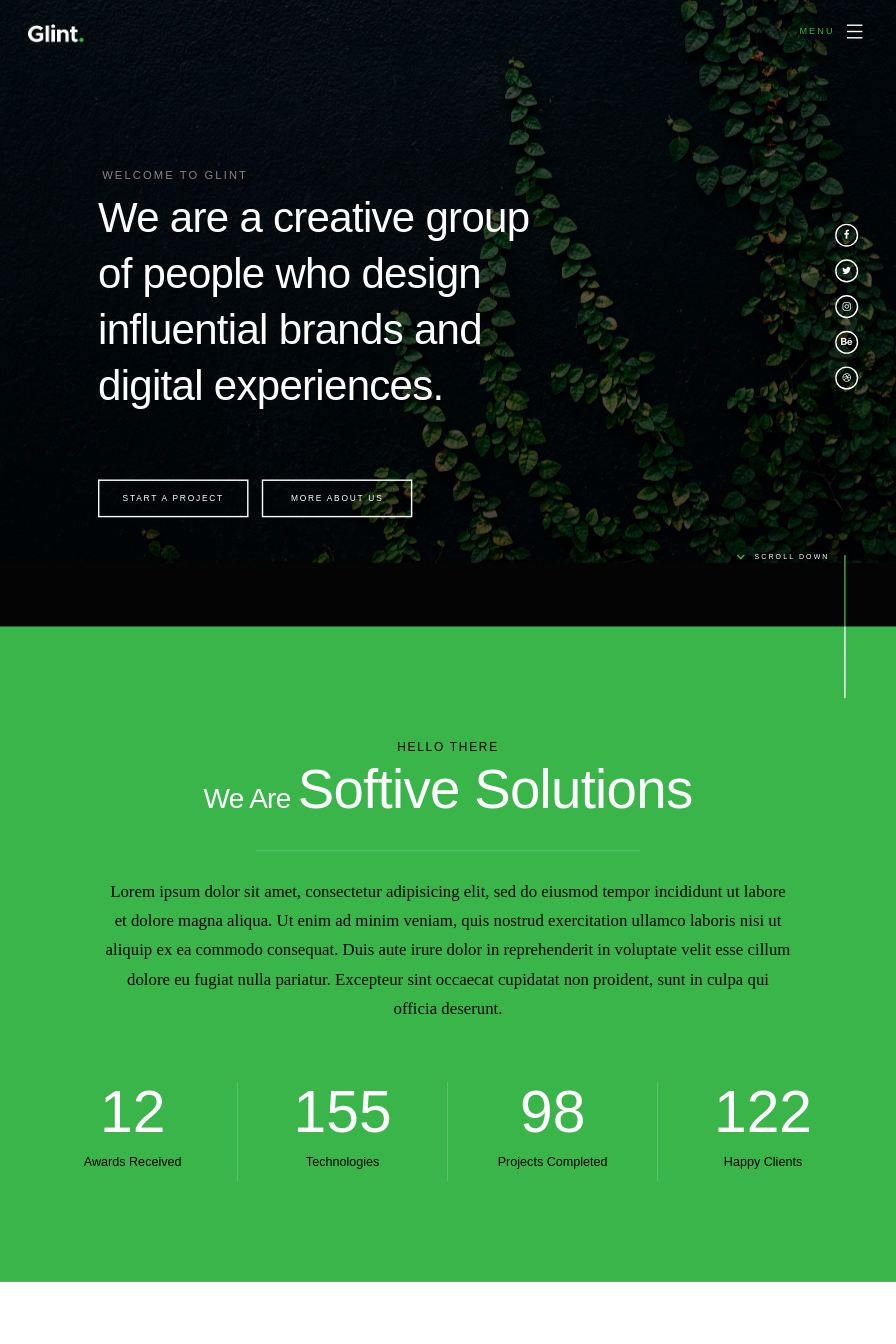
Repository: ahsankalim09/light-Agency
Page: index.html
The author's editor kept a copy of each file at every save. The page is drawn from the files as they stood at one save, then again after the next save.
The browser window is 1280 px wide. The pictures show the part of the page from y = 0 to 1920 px (the page is 8556 px tall), at 70% of full size.
Some web fonts or font styles are not loaded; a fallback is used.

Above is the page before, as saved 2020-12-27 18:57:45.

After the next save:
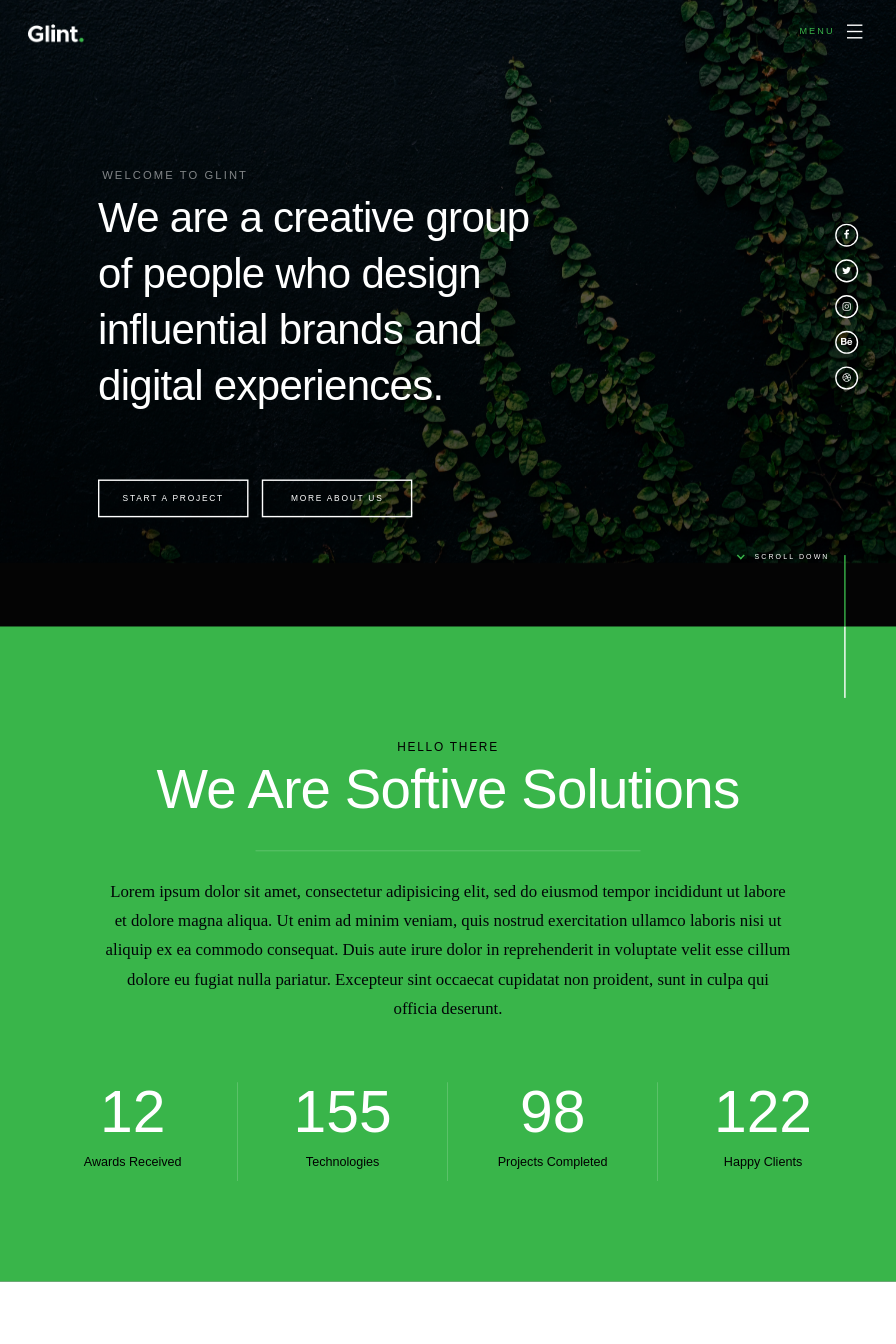
Saved 34 s later.
--- a/index.html
+++ b/index.html
@@ -123,7 +123,7 @@ More About Us
 <div class="row section-header has-bottom-sep" data-aos="fade-up">
 <div class="col-full">
 <h3 class="subhead subhead--dark">Hello There</h3>
-<h1 class="display-1 display-1--light"> <span style="font-size: 40px;">  We Are </span>Softive Solutions</h1>
+<h1 class="display-1 display-1--light">We Are Softive Solutions</h1>
 </div>
 </div>
 <div class="row about-desc" data-aos="fade-up">
